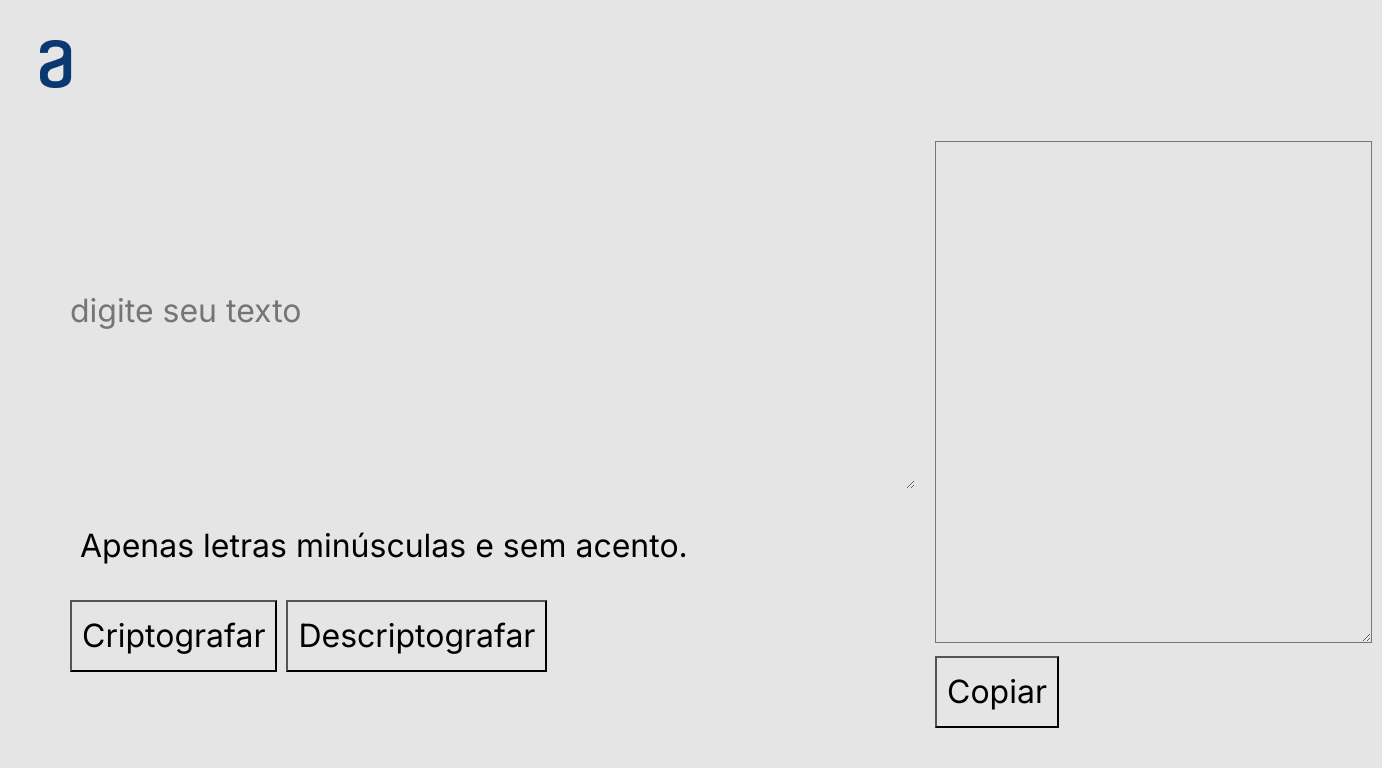
Repository: guilhermecardoso93/decodificador-texto
Page: index.html
An editor plug-in stored every save of this project. The page is shown before and after the next save, followed by the edit.
The browser window is 1280 px wide. The page is 1382 px wide, then 1280 px, so the pictures cover 1382 px, including what lies to the right of the window. The pictures show the whole page.

Above is the page before, as saved 2024-02-28 19:14:33.

After the next save:
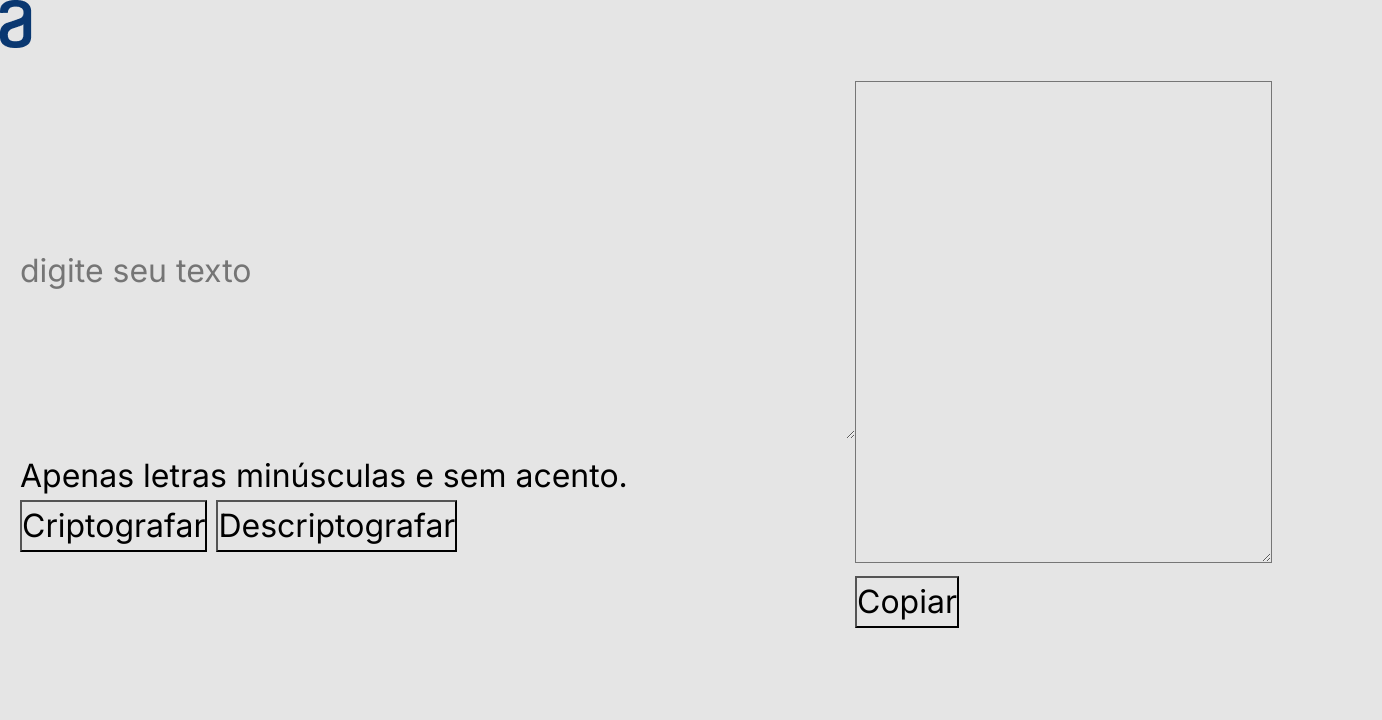
Saved 20 s later.
--- a/style.css
+++ b/style.css
@@ -7,7 +7,6 @@
   font-weight: 400;
   font-size: 32px;
   line-height: 150%;
-  padding: 10px;
 }
 
 
@@ -21,7 +20,7 @@ main {
   display: flex;
   align-items: center;
   justify-content: space-between;
-  margin-left: 20px;
+  margin: 20px;
 }
 
 .text-area {
